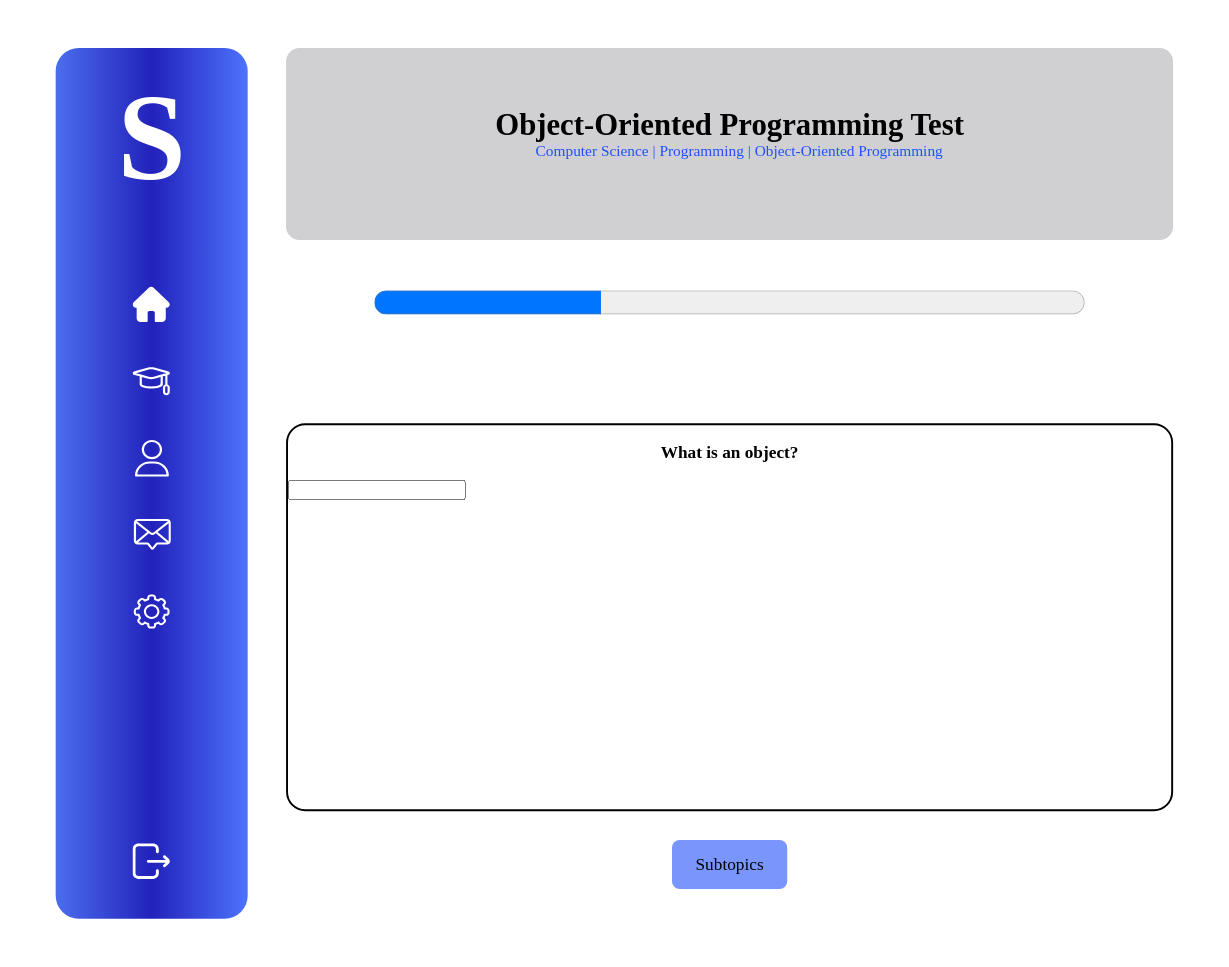
Repository: rafalzacher1/smartify-interface
Page: test.html
These files come from the project's save history. The page is drawn as it stood at one moment and after the next save; the edit follows.
The browser window is 1280 px wide. The pictures show the whole page, at 96% of full size.
Some web fonts or font styles are not loaded; a fallback is used.

Above is the page before, as saved 2022-06-30 19:30:10.

### test.html
<!DOCTYPE html>
<html lang="en">

<head>
    <link rel="stylesheet" href="./styles/home.css">
    <link rel="stylesheet" href="./styles/navigation.css">
    <link rel="stylesheet" href="./styles/search.css">
    <link rel="stylesheet" href="./styles/test.css">
    <link rel="stylesheet" href="./styles/question.css">
    <link rel="stylesheet" href="https://cdnjs.cloudflare.com/ajax/libs/font-awesome/4.7.0/css/font-awesome.min.css">
    <link href='https://fonts.googleapis.com/css?family=Baloo Bhai' rel='stylesheet'>
</head>

<body>
    <div id="main-container">
        <div id="navigation-container">
            <h1>S</h1>

            <nav id="navigation-options">
                <svg width="27" height="25" viewBox="0 0 27 25" fill="none" xmlns="http://www.w3.org/2000/svg"
                    onclick="document.location='./index.html'">
                    <path
                        d="M25.5018 10.9867C25.5012 10.9862 25.5006 10.9856 25.5 10.985L14.8668 0.890976C14.4135 0.460518 13.8109 0.223389 13.17 0.223389C12.529 0.223389 11.9264 0.460329 11.473 0.890787L0.845318 10.9797C0.841738 10.9831 0.838158 10.9867 0.834579 10.9901C-0.0961545 11.8788 -0.0945635 13.3206 0.839153 14.207C1.26574 14.6122 1.82915 14.8469 2.43154 14.8714C2.456 14.8737 2.48066 14.8748 2.50552 14.8748H2.92932V22.3034C2.92932 23.7734 4.1892 24.9694 5.73803 24.9694H9.89809C10.3197 24.9694 10.6618 24.6449 10.6618 24.2444V18.4204C10.6618 17.7496 11.2365 17.204 11.9431 17.204H14.3968C15.1034 17.204 15.6782 17.7496 15.6782 18.4204V24.2444C15.6782 24.6449 16.02 24.9694 16.4419 24.9694H20.6019C22.1508 24.9694 23.4106 23.7734 23.4106 22.3034V14.8748H23.8036C24.4444 14.8748 25.047 14.6379 25.5006 14.2074C26.4353 13.3195 26.4357 11.8752 25.5018 10.9867V10.9867Z"
                        fill="white" />
                </svg>

                <svg width="29" height="22" viewBox="0 0 29 22" fill="none" xmlns="http://www.w3.org/2000/svg">
                    <path
                        d="M26.4228 13.5237V6.40629L26.734 6.31764C27.9305 5.97676 28.1816 5.39965 28.1816 4.97552C28.1816 4.55139 27.9304 3.97428 26.734 3.63356L16.4958 0.717713C15.8653 0.538127 15.0388 0.43924 14.1689 0.43924C13.299 0.43924 12.4726 0.538127 11.8419 0.717713L1.60382 3.63356C0.407257 3.97428 0.156067 4.55139 0.156067 4.97557C0.156067 5.3997 0.407202 5.97686 1.60376 6.31769L5.43281 7.4082V13.2841C5.43281 14.0138 5.93239 15.0416 8.31243 15.7947C9.88887 16.2936 11.9687 16.5683 14.1688 16.5683C16.3689 16.5683 18.4487 16.2936 20.0252 15.7947C22.4053 15.0415 22.9049 14.0138 22.9049 13.2841V7.40825L24.7806 6.87402V13.5237C23.7595 13.8501 23.0217 14.767 23.0217 15.8451V19.1846C23.0217 20.5351 24.179 21.6338 25.6017 21.6338C27.0242 21.6338 28.1816 20.5351 28.1816 19.1846V15.8451C28.1817 14.767 27.4439 13.8501 26.4228 13.5237ZM12.3137 2.21089C12.7886 2.07563 13.4647 1.9981 14.1689 1.9981C14.873 1.9981 15.5492 2.07563 16.024 2.21084L25.7315 4.97557L21.8438 6.08282C21.8416 6.08349 21.8394 6.08406 21.8372 6.08474L16.024 7.74036C15.5493 7.87556 14.8731 7.95309 14.169 7.95309C13.4649 7.95309 12.7886 7.87556 12.3138 7.74036L6.50073 6.08474C6.49849 6.08406 6.4963 6.08349 6.49405 6.08282L2.60639 4.97557L12.3137 2.21089ZM21.2629 11.2372C21.2629 13.3846 20.9647 13.8541 19.506 14.3157C18.0926 14.763 16.1971 15.0093 14.1689 15.0093C12.1406 15.0093 10.2452 14.763 8.83178 14.3157C7.37313 13.8541 7.07493 13.3845 7.07493 13.2841V7.87582L11.842 9.23348C12.4726 9.41307 13.299 9.51196 14.1689 9.51196C15.0388 9.51196 15.8652 9.41307 16.4959 9.23348L21.2629 7.87582V11.2372ZM26.5395 19.1845C26.5395 19.6754 26.1188 20.0748 25.6017 20.0748C25.0846 20.0748 24.6639 19.6755 24.6639 19.1845V15.845C24.6639 15.3541 25.0846 14.9546 25.6017 14.9546C26.1189 14.9546 26.5395 15.3541 26.5395 15.845V19.1845Z"
                        fill="white" />
                </svg>

                <svg width="24" height="26" viewBox="0 0 24 26" fill="none" xmlns="http://www.w3.org/2000/svg">
                    <path
                        d="M12.1698 0.827911C8.37379 0.827911 5.28546 3.75975 5.28546 7.36343C5.28546 10.9671 8.37379 13.899 12.1698 13.899C15.9659 13.899 19.0542 10.9671 19.0542 7.36343C19.0542 3.75975 15.9659 0.827911 12.1698 0.827911ZM12.1698 12.4466C9.21735 12.4466 6.81532 10.1663 6.81532 7.36343C6.81532 4.56057 9.21735 2.28025 12.1698 2.28025C15.1223 2.28025 17.5243 4.56057 17.5243 7.36343C17.5243 10.1663 15.1223 12.4466 12.1698 12.4466Z"
                        fill="white" />
                    <path
                        d="M20.7353 18.1686C18.8505 16.3518 16.3519 15.3513 13.6997 15.3513H10.64C7.98784 15.3513 5.48917 16.3518 3.60439 18.1686C1.72883 19.9765 0.695923 22.3628 0.695923 24.8883C0.695923 25.2894 1.03841 25.6145 1.46085 25.6145H22.8789C23.3013 25.6145 23.6438 25.2894 23.6438 24.8883C23.6438 22.3628 22.6109 19.9765 20.7353 18.1686ZM2.25944 24.1621C2.64267 20.043 6.25497 16.8036 10.64 16.8036H13.6997C18.0848 16.8036 21.6971 20.043 22.0803 24.1621H2.25944Z"
                        fill="white" />
                </svg>


                <svg width="27" height="23" viewBox="0 0 27 23" fill="none" xmlns="http://www.w3.org/2000/svg">
                    <path
                        d="M24.1913 0.381134H3.77551C2.23533 0.381134 0.9823 1.57067 0.9823 3.0328V15.7608C0.9823 17.223 2.23533 18.4125 3.77551 18.4125H10.353C10.4332 18.4125 10.5096 18.4491 10.5573 18.5105L12.957 21.5991C13.1975 21.9087 13.5678 22.0872 13.9729 22.089H13.979C14.3819 22.089 14.7514 21.9139 14.9937 21.608L17.4479 18.5087C17.4956 18.4484 17.5715 18.4124 17.6509 18.4124H24.1913C25.7315 18.4124 26.9845 17.2229 26.9845 15.7608V3.03276C26.9845 1.57063 25.7315 0.381134 24.1913 0.381134ZM25.4609 15.7608C25.4609 15.8747 25.4439 15.9848 25.4127 16.0892L17.5863 9.57636L25.4609 3.37251V15.7608ZM24.1913 1.8275C24.4235 1.8275 24.6413 1.88728 24.8287 1.99108L14.7964 9.8948C14.3265 10.265 13.6446 10.265 13.1747 9.8948L3.14064 1.98969C3.32753 1.88675 3.54433 1.8275 3.77551 1.8275H24.1913ZM2.55416 16.0892C2.52293 15.9848 2.50587 15.8747 2.50587 15.7608V3.36913L10.3826 9.57457L2.55416 16.0892ZM16.2301 17.6396L13.9808 20.4801L11.7834 17.6519C11.4498 17.2225 10.915 16.9661 10.3529 16.9661H3.81172L11.5698 10.5099L12.2017 11.0078C12.7186 11.415 13.3519 11.6185 13.9855 11.6185C14.6189 11.6185 15.2525 11.4148 15.7693 11.0078L16.399 10.5117L24.155 16.9661H17.6509C17.0952 16.9661 16.5641 17.2178 16.2301 17.6396Z"
                        fill="white" />
                </svg>

                <svg width="28" height="25" viewBox="0 0 28 25" fill="none" xmlns="http://www.w3.org/2000/svg">
                    <path
                        d="M14.8013 24.9227H13.1654C11.8422 24.9227 10.7657 23.9008 10.7657 22.6447V22.1193C10.2032 21.9486 9.65665 21.7333 9.13159 21.4753L8.73937 21.8477C7.7894 22.7506 6.2677 22.7241 5.34533 21.8473L4.18907 20.7497C3.26507 19.8735 3.23849 18.4294 4.18937 17.5277L4.58129 17.1556C4.30958 16.6571 4.08276 16.1384 3.90299 15.6043H3.34958C2.02648 15.6043 0.949951 14.5823 0.949951 13.3262V11.7731C0.949951 10.517 2.02648 9.4951 3.34963 9.4951H3.90304C4.08281 8.96103 4.30963 8.44223 4.58134 7.94378L4.18912 7.57148C3.2388 6.67028 3.26502 5.22602 4.18942 4.34942L5.34579 3.2517C6.2703 2.37283 7.79164 2.35089 8.73978 3.25199L9.13165 3.624C9.6567 3.3661 10.2032 3.15073 10.7658 2.98007V2.4547C10.7658 1.1986 11.8422 0.176666 13.1654 0.176666H14.8014C16.1245 0.176666 17.201 1.1986 17.201 2.4547V2.98012C17.7636 3.15073 18.3101 3.3661 18.8351 3.62405L19.2274 3.2517C20.1773 2.34876 21.699 2.37525 22.6214 3.25204L23.7777 4.34966C24.7017 5.22587 24.7283 6.66999 23.7774 7.57172L23.3854 7.94378C23.6572 8.44223 23.884 8.96098 24.0637 9.4951H24.6172C25.9403 9.4951 27.0168 10.517 27.0168 11.7731V13.3262C27.0168 14.5823 25.9403 15.6043 24.6172 15.6043H24.0637C23.884 16.1383 23.6572 16.6571 23.3854 17.1556L23.7777 17.5279C24.728 18.4291 24.7018 19.8734 23.7774 20.75L22.621 21.8477C21.6965 22.7266 20.1751 22.7485 19.227 21.8474L18.8351 21.4754C18.3101 21.7333 17.7636 21.9487 17.201 22.1193V22.6448C17.201 23.9008 16.1245 24.9227 14.8013 24.9227V24.9227ZM9.38692 19.9527C10.1163 20.3622 10.9014 20.6716 11.7203 20.8722C12.0575 20.9548 12.2931 21.2436 12.2931 21.5742V22.6447C12.2931 23.1013 12.6845 23.4727 13.1654 23.4727H14.8014C15.2824 23.4727 15.6737 23.1013 15.6737 22.6447V21.5742C15.6737 21.2436 15.9093 20.9548 16.2466 20.8722C17.0655 20.6716 17.8505 20.3622 18.5799 19.9527C18.8801 19.7842 19.2621 19.8301 19.5087 20.0641L20.3074 20.8224C20.6518 21.1497 21.2048 21.1421 21.5407 20.8227L22.6978 19.7243C23.0329 19.4066 23.0441 18.8815 22.6981 18.5535L21.899 17.7949C21.6525 17.5609 21.6042 17.1981 21.7817 16.9133C22.213 16.2208 22.5389 15.4756 22.7502 14.6981C22.8373 14.378 23.1414 14.1544 23.4897 14.1544H24.6172C25.0982 14.1544 25.4895 13.7829 25.4895 13.3263V11.7732C25.4895 11.3166 25.0982 10.9451 24.6172 10.9451H23.4897C23.1414 10.9451 22.8373 10.7214 22.7502 10.4013C22.5389 9.6239 22.213 8.87862 21.7817 8.18622C21.6042 7.90135 21.6525 7.53857 21.899 7.30454L22.6978 6.54626C23.0431 6.21886 23.0341 5.69397 22.6981 5.37541L21.5411 4.27707C21.2058 3.95827 20.6527 3.94894 20.3078 4.27678L19.5088 5.03535C19.2622 5.26942 18.88 5.31524 18.58 5.14675C17.8506 4.73724 17.0655 4.42786 16.2466 4.22724C15.9094 4.14464 15.6738 3.8559 15.6738 3.52526V2.4547C15.6738 1.99811 15.2824 1.62663 14.8014 1.62663H13.1655C12.6845 1.62663 12.2932 1.99811 12.2932 2.4547V3.52516C12.2932 3.8558 12.0576 4.14454 11.7203 4.22714C10.9014 4.42777 10.1164 4.73714 9.38697 5.14666C9.08679 5.3151 8.7047 5.26928 8.45818 5.03525L7.65948 4.27697C7.31511 3.94966 6.76205 3.95725 6.42619 4.27663L5.26911 5.37503C4.93401 5.69276 4.92281 6.21779 5.26881 6.54587L6.06787 7.30445C6.31438 7.53847 6.36265 7.90125 6.18522 8.18612C5.75385 8.87852 5.42801 9.62381 5.21667 10.4012C5.12961 10.7214 4.82547 10.945 4.47723 10.945H3.34963C2.86867 10.9451 2.47731 11.3165 2.47731 11.7731V13.3262C2.47731 13.7828 2.86867 14.1543 3.34963 14.1543H4.47718C4.82547 14.1543 5.12956 14.378 5.21662 14.6981C5.42796 15.4755 5.75385 16.2208 6.18517 16.9132C6.3626 17.1981 6.31433 17.5609 6.06782 17.7949L5.26906 18.5532C4.92378 18.8806 4.93279 19.4055 5.26876 19.724L6.42573 20.8224C6.76109 21.1412 7.31419 21.1505 7.65907 20.8226L8.45808 20.0641C8.63974 19.8917 9.01765 19.7454 9.38692 19.9527V19.9527Z"
                        fill="white" />
                    <path
                        d="M13.9834 17.9339C10.856 17.9339 8.31177 15.5185 8.31177 12.5497C8.31177 9.58082 10.856 7.16547 13.9834 7.16547C17.1107 7.16547 19.6549 9.58082 19.6549 12.5497C19.6549 15.5185 17.1107 17.9339 13.9834 17.9339ZM13.9834 8.61543C11.6982 8.61543 9.83912 10.3803 9.83912 12.5497C9.83912 14.719 11.6982 16.4839 13.9834 16.4839C16.2685 16.4839 18.1276 14.719 18.1276 12.5497C18.1276 10.3803 16.2685 8.61543 13.9834 8.61543Z"
                        fill="white" />
                </svg>


                <svg id="logout" width="27" height="26" viewBox="0 0 27 26" fill="none"
                    xmlns="http://www.w3.org/2000/svg">
                    <path
                        d="M18.5379 19.6672V21.6084C18.5379 23.7492 16.7034 25.4907 14.4484 25.4907H4.1734C1.91837 25.4907 0.0838623 23.7492 0.0838623 21.6084V4.52618C0.0838623 2.38541 1.91837 0.64386 4.1734 0.64386H14.4484C16.7034 0.64386 18.5379 2.38541 18.5379 4.52618V6.46734C18.5379 7.00343 18.0802 7.43792 17.5155 7.43792C16.9508 7.43792 16.4932 7.00343 16.4932 6.46734V4.52618C16.4932 3.45589 15.5758 2.58502 14.4484 2.58502H4.1734C3.04598 2.58502 2.12863 3.45589 2.12863 4.52618V21.6084C2.12863 22.6787 3.04598 23.5495 4.1734 23.5495H14.4484C15.5758 23.5495 16.4932 22.6787 16.4932 21.6084V19.6672C16.4932 19.1311 16.9508 18.6966 17.5155 18.6966C18.0802 18.6966 18.5379 19.1311 18.5379 19.6672ZM25.5083 11.4L23.2189 9.22667C22.8196 8.84753 22.1722 8.84753 21.773 9.22667C21.3736 9.60561 21.3736 10.2202 21.773 10.5991L23.4014 12.1452H11.1256C10.5609 12.1452 10.1032 12.5797 10.1032 13.1158C10.1032 13.6519 10.5609 14.0864 11.1256 14.0864H23.4014L21.773 15.6325C21.3736 16.0114 21.3736 16.626 21.773 17.005C21.9727 17.1945 22.2343 17.2893 22.4959 17.2893C22.7577 17.2893 23.0192 17.1945 23.2189 17.005L25.5083 14.8316C26.5049 13.8854 26.5049 12.3462 25.5083 11.4Z"
                        fill="white" />
                </svg>
            </nav>
        </div>

        <div id="test-container">
            <div id="test-container-header">
                <h1>Object-Oriented Programming Test</h1>
                <p>Computer Science | Programming | Object-Oriented Programming</p>
            </div>
        </div>

        <div id="question-container">
            <div id="progress">
                <progress id="questions" value="32" max="100"> 32% </progress>
            </div>

            <div id="question">
                <h3>What is an object?</h3>

                <input name="question" type="text">
            </div>

            <div id="progress-container">
                <button id="question-button" class="question-option"
                    onclick="document.location='./topic.html'">Subtopics</button>
            </div>
        </div>
    </div>
</body>

</html>

<!-- Answer -->
<!--
    An object is a single instance of a class; it is created by invoking the constructors of the class. Class exists in source temporal scope and objects exist in run-time temporal scope.
 -->
 <!-- https://www.grin.com/document/423537 -->

### styles/home.css
#main-container {
    display: grid;
    grid-template-columns: 2fr 8fr 4fr;
    grid-template-rows: 200px 200px 200px;
    gap: 40px;
    margin: 50px;
}

### styles/navigation.css
#navigation-container {
  font-family: "Baloo Bhai";
  font-size: 26px;
  background: rgb(32, 80, 251);
  background: linear-gradient(
    90deg,
    rgba(30, 74, 233, 0.8) 0%,
    rgba(10, 10, 180, 0.9) 50%,
    rgba(32, 80, 251, 0.8) 100%
  );
  border-radius: 24px;
  width: 200px;
  height: 100%;
  text-align: center;
  display: inline-block;
  grid-column: 1;
  grid-row: 1 / 5;
}

#navigation-container h1 {
  font-family: "Baloo Bhai";
  font-size: 128px;
  color: #ffffff;
  margin: 0;
  padding-top: 20px;
  padding-bottom: 60px;
}

#navigation-options svg {
  margin-left: auto;
  margin-right: auto;
  display: block;
  padding: 20px;
  height: 40px;
  width: 40px;
}

#navigation-options svg:hover {
  opacity: 0.4;
  cursor: pointer;
}

#logout {
  margin-top: 180px;
  margin-bottom: 20px;
}

### styles/search.css
#search-container {
  grid-column: 3;
  grid-row: 1;
}

#search-container h2 {
  font-family: "Baloo Bhai";
  font-size: 16px;
}

form.example input[type="text"] {
  padding: 10px;
  font-size: 17px;
  border: 1px solid grey;
  float: left;
  width: 70%;
  background: #f1f1f1;
  border-radius: 15px 0 0 15px;
  font-family: "Baloo Bhai";
  font-size: 32px;
}

form.example button {
  float: left;
  width: 20%;
  padding: 10px;
  background: #2050fb;
  opacity: 0.6;
  color: white;
  font-size: 17px;
  border: 1px solid grey;
  border-left: none;
  cursor: pointer;
  border-radius: 0 15px 15px 0;
  font-family: "Baloo Bhai";
  font-size: 32px;
  box-sizing: border-box;
}

form.example button:hover {
  opacity: 1;
}

form.example::after {
  content: "";
  clear: both;
  display: table;
}

### styles/test.css
#test-container {
  grid-column: 2 / 4;
  grid-row: 1;
  background-color: #d0d0d3;
  border-radius: 14px;
}

#test-container h1 {
  font-family: "Baloo Bhai";
  font-size: 32px;
  margin-bottom: 0;
}

#test-container p {
  color: #2050fb;
  font-family: "Baloo Bhai";
  font-size: 16px;
  margin-top: 0;
  padding-left: 20px;
}

#test-container-header {
  text-align: center;
  margin-top: 62px;
  margin-bottom: 62px;
}

### styles/question.css
#question-container {
  grid-column: 2 / 4;
  grid-row: 2 / 5;
}

#progress {
  width: 80%;
  margin-left: auto;
  margin-right: auto;
}

.question-option,
input[type="submit"],
input[type="reset"] {
  background: none;
  color: inherit;
  border: none;
  padding: 0;
  font: inherit;
  cursor: pointer;
  outline: inherit;
  width: 30%;
  font-family: "Baloo Bhai";
  font-size: 18px;
}

#question {
    margin-top: 100px;
    height: 400px;
    border: 2px solid #000000;
    border-radius: 20px;
}

#progress-container {
    text-align: center;
}

#question-button {
  width: 120px;
  margin: 30px 20px;
  border-radius: 8px;
  padding: 15px;
  background-color: rgba(32, 80, 251, 0.6);
}

#question-button:hover {
  background-color: rgba(32, 80, 251, 1);
}

#questions {
  width: 100%;
  height: 50px;
}

#question h3 {
    text-align: center;
    font-family: "Baloo Bhai";
    font-size: 18px;
}

After the next save:
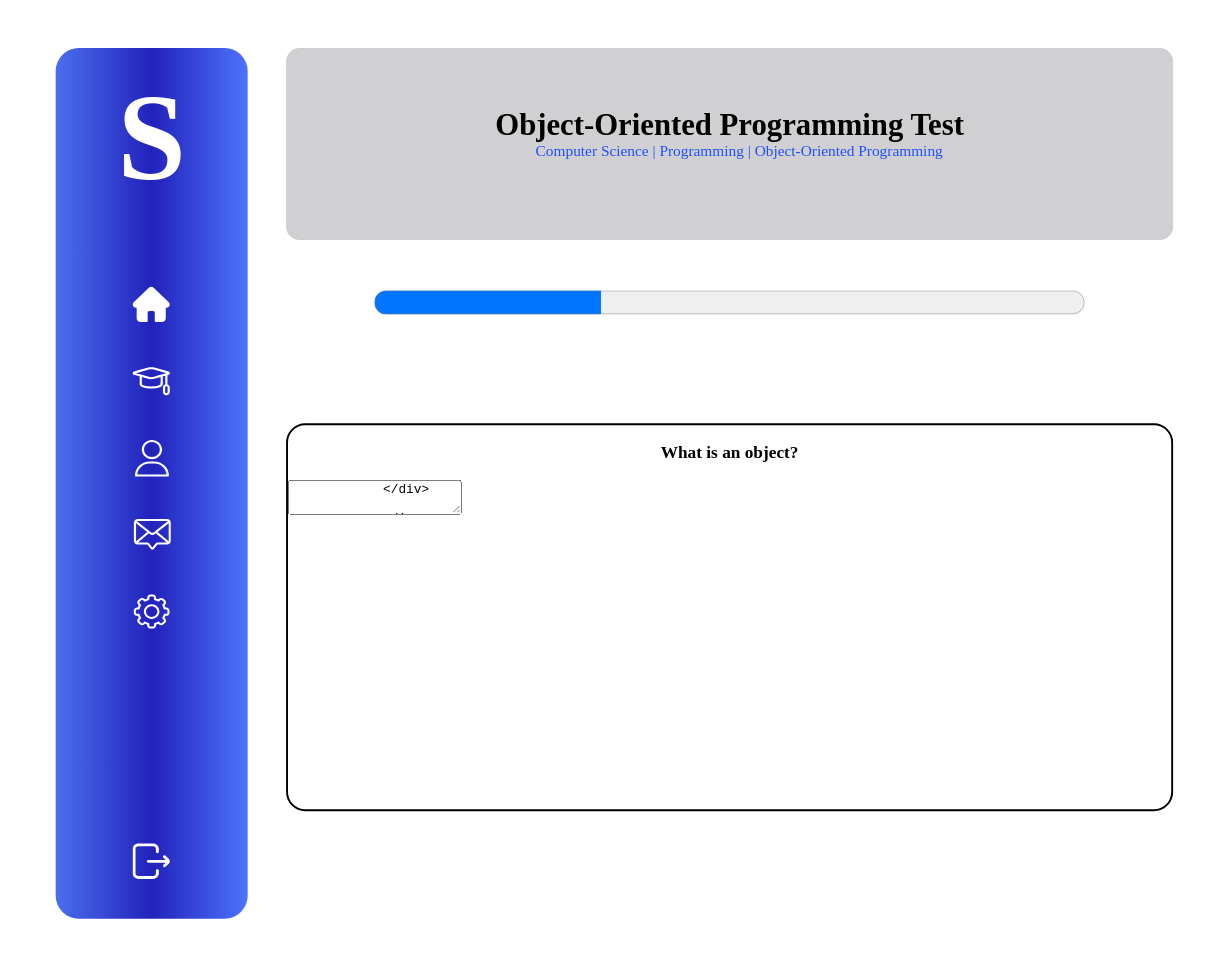
Saved 26 s later.
--- a/test.html
+++ b/test.html
@@ -80,7 +80,7 @@
             <div id="question">
                 <h3>What is an object?</h3>
 
-                <input name="question" type="text">
+                <textarea name="question" type="text">
             </div>
 
             <div id="progress-container">
